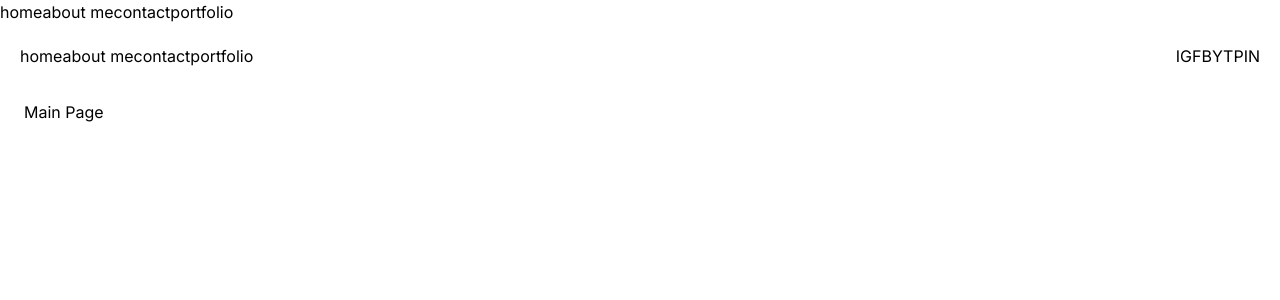
Repository: hubertrh/klaudia-personal-next
Page: /
An editor plug-in stored every save of this project. The page is shown before and after the next save, followed by the edit.
The browser window is 1280 px wide. The pictures show the whole page.
The project was rebuilt for these pictures with package versions that can differ from the ones it lists, and the page was loaded fresh each time. The framework's server and built-in components were replaced by stand-ins that run in the browser. Also part of the build but not shown: next.config.js.

Above is the page before, as saved 2023-08-11 09:49:50.

### app/layout.tsx
import './globals.css';
import type { Metadata } from 'next';
import { Inter } from 'next/font/google';
import Link from 'next/link';

const inter = Inter({ subsets: ['latin'] });

export const metadata: Metadata = {
  title: 'Klaudia Rogala-Haracz',
  description: 'Portrait and reportage photography. Based in London.',
};

export default function RootLayout({
  children,
}: {
  children: React.ReactNode;
}) {
  return (
    <html lang="en">
      <body className={inter.className}>
        <header>
          <nav>
            <Link href="#!">home</Link>
            <Link href="#!">about me</Link>
            <Link href="#!">contact</Link>
            <Link href="#!">portfolio</Link>
          </nav>
          <div></div>
        </header>
        {children}
      </body>
    </html>
  );
}

### app/(site)/layout.tsx
import '../globals.css';
import type { Metadata } from 'next';
import { Inter } from 'next/font/google';
import Link from 'next/link';

const inter = Inter({ subsets: ['latin'] });

export const metadata: Metadata = {
  title: 'Klaudia Rogala-Haracz',
  description: 'Portrait and reportage photography. Based in London.',
};

export default function RootLayout({
  children,
}: {
  children: React.ReactNode;
}) {
  return (
    <html lang="en">
      <body className={inter.className}>
        <header className="m-5 flex justify-between">
          <nav>
            <Link href="#!">home</Link>
            <Link href="#!">about me</Link>
            <Link href="#!">contact</Link>
            <Link href="/portfolio">portfolio</Link>
          </nav>
          <div>
            <Link href="https://www.instagram.com/_klaudiarogala/">IG</Link>
            <Link href="https://www.facebook.com/klaudiarogalaphotographer/">
              FB
            </Link>
            <Link href="https://www.youtube.com/channel/UCyVfMWp16X_wYCG9213YOQw/">
              YT
            </Link>
            <Link href="https://www.pinterest.com/zuzannnnaa/">PIN</Link>
            {/* <a class="lang-btn" href="/pl/index.html"><img src="/icons/flag-pl.svg" /></a> */}
          </div>
        </header>
        {children}
      </body>
    </html>
  );
}

### app/(site)/page.tsx
export default function Home() {
  return <div className="m-3 p-3">Main Page</div>;
}

### app/globals.css
@tailwind base;
@tailwind components;
@tailwind utilities;

:root {
  --foreground-rgb: 0, 0, 0;
  --background-rgb: 255, 255, 255;
}

body {
  color: rgb(var(--foreground-rgb));
  background: rgb(var(--background-end-rgb));
}

Loaded but not shown: tailwind.config.js (common file)

After the next save:
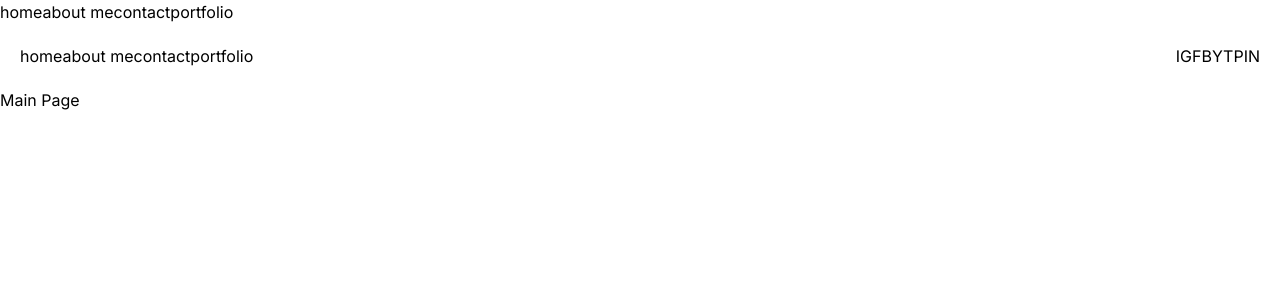
Saved 66 s later.
--- a/app/(site)/page.tsx
+++ b/app/(site)/page.tsx
@@ -1,3 +1,3 @@
 export default function Home() {
-  return <div className="m-3 p-3">Main Page</div>;
+  return <div>Main Page</div>;
 }
